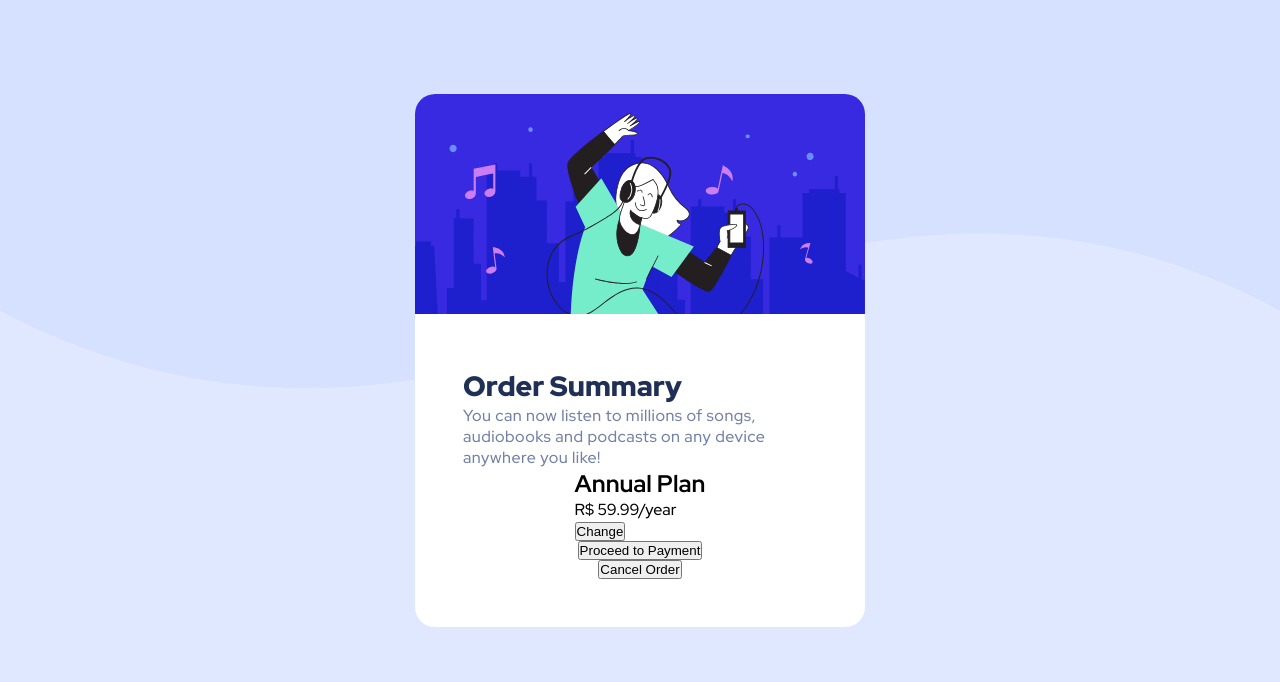
Repository: gccavalheiro/order-summary-card
Page: index.html
The author's editor kept a copy of each file at every save. The page is drawn from the files as they stood at one save, then again after the next save.
The browser window is 1280 px wide. The pictures show the whole page.

Above is the page before, as saved 2021-12-17 02:07:41.

After the next save:
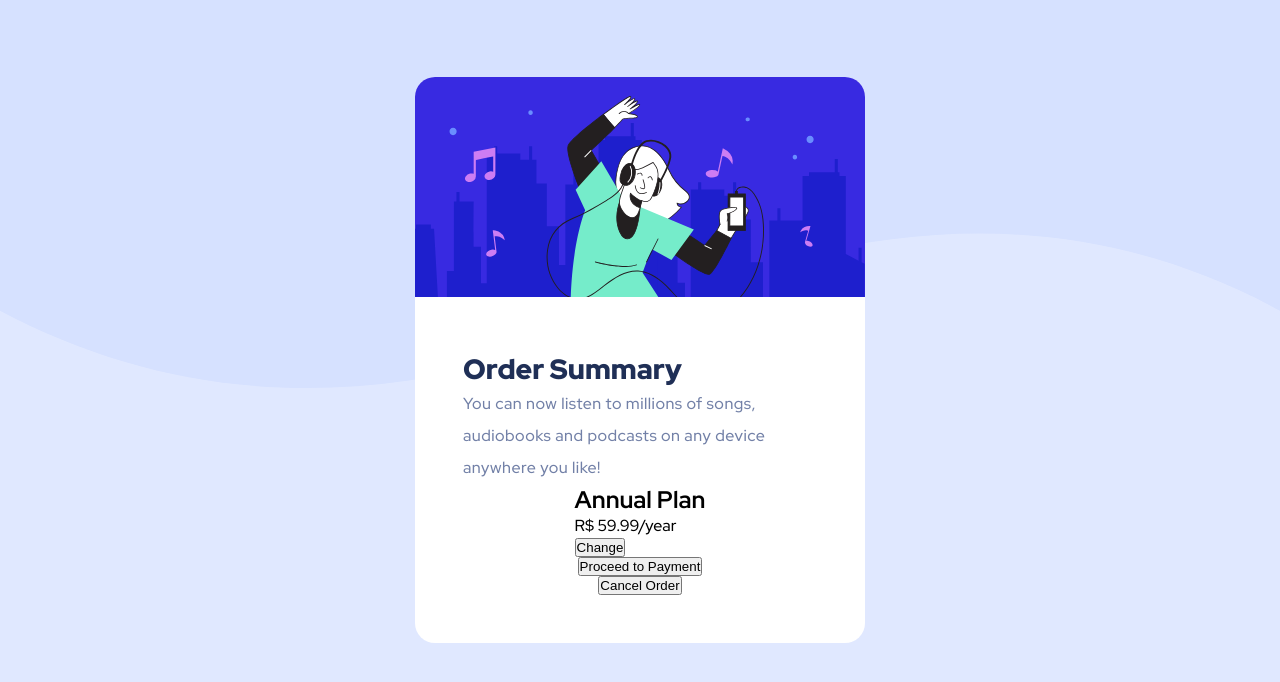
Saved 18 s later.
--- a/assets/css/main.css
+++ b/assets/css/main.css
@@ -75,6 +75,7 @@ main {
   color: var(--desaturated-blue);
   font-weight: 500;
   letter-spacing: 0.03em;
+  line-height: 2;
 }
 
 
